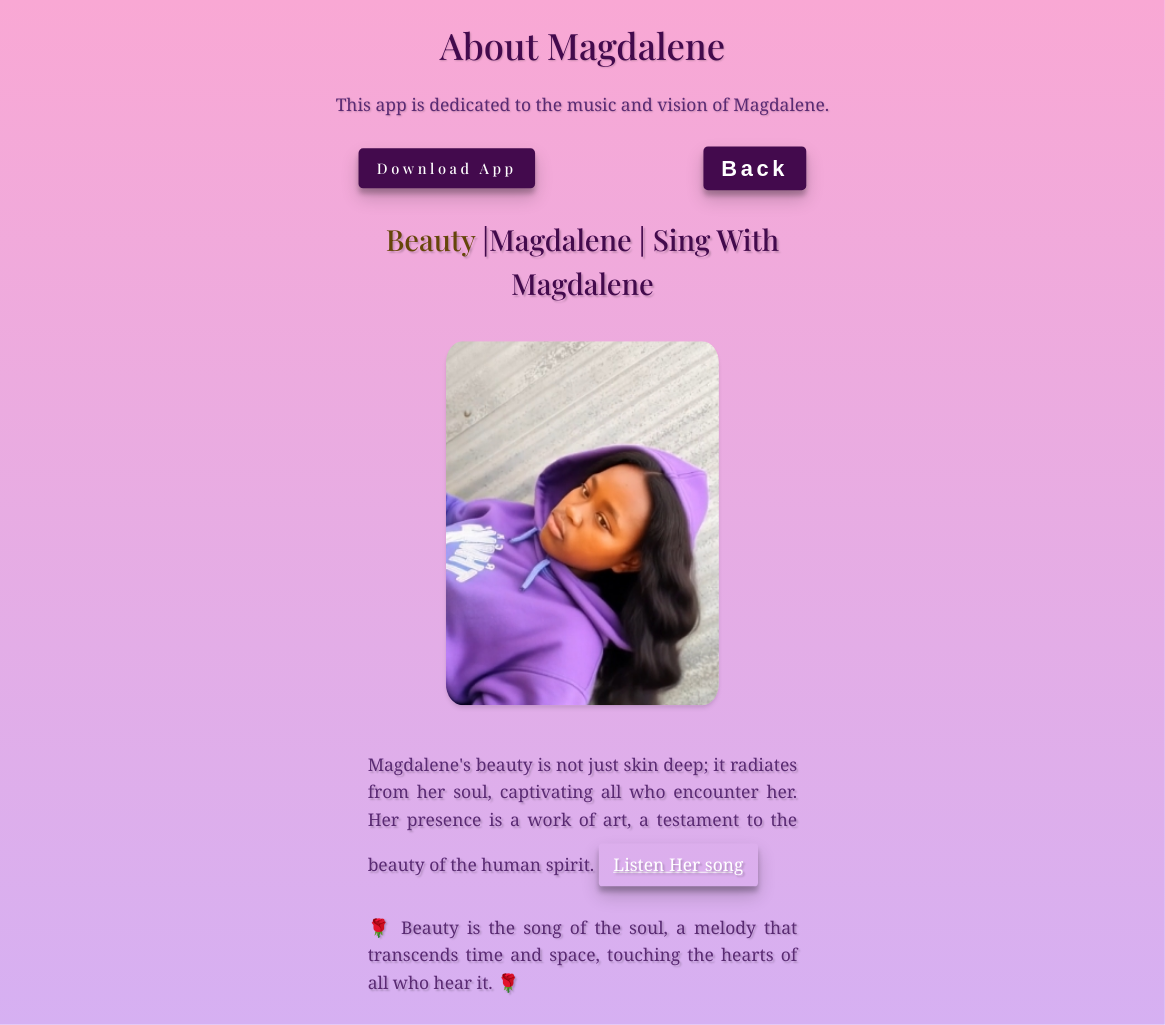
Repository: VladimirGagarin/Meg
Page: /#/about/aboutPerson/Beauty
The author's editor kept a copy of each file at every save. The page is drawn from the files as they stood at one save, then again after the next save.
The browser window is 1280 px wide. The pictures show the whole page, at 91% of full size.
The project was rebuilt for these pictures with package versions that can differ from the ones it lists, and the page was loaded fresh each time. Also part of the build but not shown: vite.config.js, src/App.jsx, src/components/SongCard.css, src/components/SongCard.jsx, src/pages/HomeScreen.css, src/pages/HomeScreen.jsx, src/components/Controls.jsx, src/pages/SongScreen.css and 7 more. Imported but missing from the stored project, and not drawn on this page: src/assets/audios/Ember2.mp3, src/assets/audios/Empress.mp3, src/assets/audios/Fiesta.mp3, src/assets/audios/Fight_song.mp3, src/assets/audios/Furaha_Yangu.mp3, src/assets/audios/IamMagdalene.mp3, src/assets/audios/The beginning.mp3, src/assets/audios/anthem.mp3 and 35 more.

Above is the page before, as saved 2025-07-23 16:11:18.

### index.html
<!doctype html>
<html lang="en">
  <head>
    <meta charset="UTF-8" />
    <link rel="icon" type="image/jpeg" href="/quuen.jpeg" />
    <meta name="viewport" content="width=device-width, initial-scale=1.0" />
    <link href="https://fonts.googleapis.com/css2?family=Playfair+Display:wght@500&display=swap" rel="stylesheet">
    <link rel="sitemap" type="application/xml" title="Sitemap" href="/sitemap.xml" />

<!-- Open Graph (Facebook, LinkedIn, etc.) -->
<meta property="og:title" content="Sing with Magdalene" />
<meta property="og:description" content="Sing With Magdalene - A magical, lyrical experience dedicated to Magdalene. Sing, dream, and believe again. She sings. We follow. We cherish. An epic song experience awaits you. starts with anthem: https://vladimirgagarin.github.io/Meg/#/song/anthem_song" />
<meta property="og:image" content="https://vladimirgagarin.github.io/projectMeg/quuen.jpeg" />
<meta property="og:url" content="https://vladimirgagarin.github.io/Meg/" />
<meta property="og:type" content="website" />

<!-- Twitter Card -->
<meta name="twitter:card" content="summary_large_image" />
<meta name="twitter:title" content="Sing with Magdalene" />
<meta name="twitter:description" content="Sing With Magdalene - A magical, lyrical experience dedicated to Magdalene. Sing, dream, and believe again. She sings. We follow. We cherish. An epic song experience awaits you. starts with anthem: https://vladimirgagarin.github.io/Meg/#/song/anthem_song" />
<meta name="twitter:image" content="https://vladimirgagarin.github.io/projectMeg/quuen.jpeg" />


    <title>Sing with Magdalene</title>
    <meta name="description" content="Sing With Magdalene - A magical, lyrical experience dedicated to Magdalene. Sing, dream, and believe again." />
    <meta name="keywords" content="Magdalene, Magdalena, Sing With Magdalena, Sing With Magdalene, SWM, Magdalene Songs, AI music, epic choir experience, lyrical site, poetic songs, spiritual music, cinematic music website, song lyrics site, singwithmagdalene.com, Suno songs, fairy music, Magdalene karaoke, TSFH-inspired music, cinematic pop, Hindi songs, Spanish songs, canciones espirituales, canciones de Magdalena, canciones de fe, canciones en español, भक्ति गीत, हिंदी गाने, Magdalene bhakti, soulful music, angelic vocals, magical ballads, vocal harmonies, female vocal songs, song subtitle site, multilingual music site, soundtrack-inspired songs, Ellie Goulding style, Disney ballads, orchestral AI music, fantasy music site, emotional songs, cinematic lyrics, spiritual anthems, swm, magic, Meg, meg, sing along">
    <meta name="google-site-verification" content="G38wkud9N8EYugqCTvPyHwDP0Vjh_ISp-EBNC8nk90U" />
    <meta name="msvalidate.01" content="771FC552FAC3CA83CF49F6EF57FD68BD" />

    <!-- Google tag (gtag.js) -->
    <script async src="https://www.googletagmanager.com/gtag/js?id=G-6Q2W67HD83"></script>
    <script>
      window.dataLayer = window.dataLayer || [];
      function gtag(){dataLayer.push(arguments);}
      gtag('js', new Date());

      gtag('config', 'G-6Q2W67HD83');
    </script>

  </head>
<script type="application/ld+json">
{
  "@context": "https://schema.org",
  "@type": "MusicRecording",
  "name": "Anthem Song",
  "url": "https://vladimirgagarin.github.io/Meg/#/song/anthem_song",
  "inAlbum": {
    "@type": "MusicAlbum",
    "name": "Sing with Magdalene"
  },
  "byArtist": {
    "@type": "MusicGroup",
    "name": "Magdalene Collective"
  },
  "description": "A cinematic anthem from 'Sing with Magdalene' – uplifting, emotional, and deeply moving.",
  "audio": {
    "@type": "AudioObject",
    "url": "https://vladimirgagarin.github.io/Meg/#/song/anthem_song",
    "encodingFormat": "audio/mpeg"
  },
  "potentialAction": {
    "@type": "ListenAction",
    "target": {
      "@type": "EntryPoint",
      "urlTemplate": "https://vladimirgagarin.github.io/Meg/#/song/anthem_song"
    }
  }
}
</script>


  <body>
    <div id="root"></div>
    <script type="module" src="/src/main.jsx"></script>
  </body>
</html>

### src/main.jsx
import { StrictMode } from "react";
import { createRoot } from "react-dom/client";
import "./index.css";
import App from "./App.jsx";
import HomeScreen from "./pages/HomeScreen.jsx";
import SongScreen from "./pages/SongScreen.jsx";
import QuoteScreen from "./pages/Quotes.jsx";
import OfflinePage from "./pages/Offline.jsx";
import Playlist from "./pages/Playlist.jsx";
import AboutScreen from "./pages/AboutScreen.jsx";
import AboutPerson from "./pages/AboutPerson.jsx";
import AboutPage from "./pages/AboutPage.jsx";
import { createHashRouter, RouterProvider } from "react-router-dom";

// ✅ Use createHashRouter (no more 404s on GitHub Pages)
const routes = createHashRouter([
  {
    path: "/",
    element: <App />, // Your main layout with <Outlet />
    children: [
      { index: true, element: <HomeScreen /> },
      { path: "song/:id", element: <SongScreen /> },
      { path: "magdalene_quotes", element: <QuoteScreen /> },
      { path: "offline", element: <OfflinePage /> },
      { path: "playlist/:songId", element: <Playlist /> },
      { path: "playlist", element: <Playlist /> },
      {path: "song/", element:<Playlist/>}
    ],
  },
  {
    path: "/about",
    element:<AboutScreen />, // Your About layout with <Outlet />
    children: [
      { index: true, element: <AboutPage /> },
      { path: "aboutPerson/:character", element: <AboutPerson /> },

    ]
  },
  {
    path: "*",
    element: <App />, // fallback route
  },
]);

createRoot(document.getElementById("root")).render(
  <StrictMode>
    <RouterProvider router={routes} />
  </StrictMode>
);

### src/index.css
:root {
  font-family: system-ui, Avenir, Helvetica, Arial, sans-serif;
  line-height: 1.5;
  font-weight: 400;

  font-synthesis: none;
  text-rendering: optimizeLegibility;
  -webkit-font-smoothing: antialiased;
  -moz-osx-font-smoothing: grayscale;
}

body {
  margin: 0;
  display: flex;
  place-items: center;
  min-height: 100vh;
  width: 100%;
  font-family: 'Playfair Display', serif;
  padding: 0;

}

### src/pages/AboutScreen.jsx
import React from "react";
import { Outlet, Link,  useNavigate, useLocation} from "react-router-dom";
import { useEffect, useState } from "react";
import './About.css';

export default function AboutScreen() {
    const navigate = useNavigate();
    const location = useLocation();
    const isInAboutPersonScreen = location.pathname.includes("aboutPerson");

    const [online, setOnline] = useState(navigator.onLine);

  useEffect(() => {
    const updateOnlineStatus = () => {
      const isOnline = navigator.onLine;
      setOnline(isOnline);
      if (!isOnline) navigate("/offline");
    };

    window.addEventListener("online", updateOnlineStatus);
    window.addEventListener("offline", updateOnlineStatus);

    // Initial check
    updateOnlineStatus();

    return () => {
      window.removeEventListener("online", updateOnlineStatus);
      window.removeEventListener("offline", updateOnlineStatus);
    };
  }, [navigate]);

  const handleBack = () => {
  if (location.key !== "default") {
    // There is navigable history
    navigate(-1);
  } else {
    // No React Router history, go to /about
    navigate("/about");
  }
};



  if (!online) {
    return (
      <div className="offline-message">
        <h2>You are offline.</h2>
        <p>Please reconnect to view About Magdalene.</p>
      </div>
    );
  }


  return (
    <div className="about-screen">
      <h1>About Magdalene</h1>
      <p>This app is dedicated to the music and vision of Magdalene.</p>
      <div className="links">
        <a
          href="https://github.com/VladimirGagarin/roses-of-rome/releases/download/v.1.0.1/application-490c4c6a-8b27-4c78-a6c7-884413dabbfb.apk"
          className="apk-download"
          download
          target="_blank"
          rel="noopener noreferrer"
        >
          Download App
        </a>

        {isInAboutPersonScreen ? (
                <button className="apk-download" onClick={handleBack}>  Back </button>
        ) : (
          <Link to="/" className="apk-download">
            Home
          </Link>
        )}
      </div>
      <Outlet />
    </div>
  );
}

### src/pages/AboutPerson.jsx
import { useParams , useNavigate} from "react-router-dom";
import { AboutInfoList } from "../components/SongDetails";

export default function AboutPerson() {
    const { character } = useParams(); // use correct param name
    const navigate = useNavigate();

  const personInfo = AboutInfoList.find(
    (info) => info.character === character // no need to parseInt
    );

    const navigations = (url) => {
    if (url) {
      navigate(url);
    } else {
      navigate("/about");
    }
  };

  return (
    <div className="about-person">
      <h1>
        <span className="about-character">{personInfo.character}</span>{" "}
        |Magdalene | Sing With Magdalene
      </h1>
      <img
        src={personInfo.photo}
        alt={personInfo.character}
        className="about-photo"
      />
      <div className="about-details">
        <p>
          {personInfo.aboutTrait}{" "}
          <span onClick={() => navigations(personInfo.preferedSongId)} className="listen-song-link">
            Listen Her song
          </span>
        </p>
        <p>
          {personInfo.icon} {personInfo.sentiment} {personInfo.icon}
        </p>
      </div>
    </div>
  );
}

### src/pages/Playlist.css
.playlist-container {
  padding: 20px;
  background: transparent;
  width: 40%;
}

.song-item {
   display: flex;
  align-items: center;
  padding:10px;
  border-radius:0;
  width: 95%;
  height: 10vh;
  gap:0;
  margin: 0;
  box-shadow: none;
  background-color:#f3a0cc82;
  border: 1px solid #000;
  position: relative;
}

.song-item.active {

  background-color:#7f3fa8cb;
  color:#fff0fa
}

 .song-item.active  .song-titles, .song-item.active .play-btn, .song-item.active .loop-btn{
    color:#fff0fa
  }
  .song-item.active .progress-bar, .song-item.active .progress {
   background-color:#fff0fa;
  }

.song-titles {
  flex: 1;
  font-size: 1.2rem;
  color: #330035;
}

button {
  background: none;
  border: none;
  font-size: 1.5rem;
  cursor: pointer;
}

.song-item.active button{
    color:#fff5f7
}


.song-item.active button.active{
    color:#FDD700;
}


.loop-on {
  color: #ff1493;
}

.progress-container {
  position: absolute;
  bottom: 5px;
  left: 0;
  right: 0;
  height: 10px;
  padding: 0;
  background: rgba(45, 10, 77, 0.1);
  border-radius: 0 0 10px 10px;
  overflow: hidden;
   display: flex;
  justify-content: flex-start;
  align-items:center;
}

.progress-bar {
  width: 100%;
  height: 100%;
  background: #984f9f;
  border-radius: 5px;
  margin-top: 5px;
  overflow: hidden;

}

.progress {
  height: 100%;
  background: #e60073;
  transition: width 0.2s ease;
}

/* Error overlay styles */
.error-overlay {
  position: fixed;
  top: 0;
  left: 0;
  right: 0;
  bottom: 0;
  background: rgba(0, 0, 0, 0.7);
  display: flex;
  justify-content: center;
  align-items: center;
  z-index: 1000;
}

.error-modal {
  background: #f3a0ccc6;
  padding: 25px;
  border-radius: 10px;
  max-width: 600px;
  width: 90%;
  position: relative;
  box-shadow: 0 4px 20px rgba(0, 0, 0, 0.2);
  color: #2d0a4d;
}

.close-error {
  position: absolute;
  top: 10px;
  right: 10px;
  background: transparent;
  border: none;
  color: #2d0a4d;
  cursor: pointer;
  font-size: 18px;
}

.error-actions {
  display: flex;
  justify-content: space-between;
  margin-top: 20px;
  gap: 10px;
}

.error-actions button {
  flex: 1;
  padding: 8px 12px;
  border: none;
  border-radius: 5px;
  background: #2d0a4d;
  color: white;
  cursor: pointer;
  transition: all 0.2s;
}

.error-actions button:hover {
  background: #3d0f63;
  transform: translateY(-1px);
}



.loop-button {
  transition: all 0.2s ease;
}

.loop-button.active {
  color: #FDD700; /* Your accent color */
}

.fancy-error {
   background: #f3a0ccc6;
  border-radius: 1rem;
  padding: 2rem;
  box-shadow: 0 0 20px rgba(0,0,0,0.1);
  font-family: 'Playfair Display', serif;
  text-align: center;
  animation: fadeInUp 0.5s ease-out;
}

.fancy-error h3 {
  font-size: 1.8rem;
  color: #c0392b;
}

.error-subtext {
  color: #3d0f63;
  font-style: italic;
  margin-bottom: 1rem;
}



.error-actions button:hover {
  background-color: #27ae60;
}

@keyframes fadeInUp {
  from {
    transform: translateY(40px);
    opacity: 0;
  }
  to {
    transform: translateY(0);
    opacity: 1;
  }
}


/* Responsive for 768px and up */
@media (max-width: 800px) {
  .playlist-container {
  padding: 10px;
  background: transparent;
  width: 100%;
}

.song-item {
  display: flex;
  align-items: center;
  padding:0;
  border-radius:0;
  width: 99%;
  min-height: 15vh;
  gap:0;
  margin: 0;
  box-shadow: none;
  background-color:#f3a0cc82;
  border: 1px solid #000;
  position: relative;
}

.song-item.active {

  background-color:#7f3fa8cb;
  color:#fff0fa
}

  .song-titles {
    font-size: 1.3rem;
  }

  .song-item.active  .song-titles, .song-item.active .play-btn, .song-item.active .loop-btn{
    color:#fff0fa
  }

  .play-btn,
  .loop-btn {
    font-size: 1.5rem;
     color:#fff0fa
  }

  .song-item.active .progress-bar, .song-item.active .progress {
   background-color:#fff0fa;
  }

  .progress-bar{
    margin-top: 30px;
    width: 95%;
  }
  .error-actions button {
  font-size: 1.3rem;
  padding: 8px;
  border: none;
  border-radius: 5px;
  background: #2d0a4d;
  color: white;
  cursor: pointer;
  transition: all 0.2s;
}
}

### src/pages/About.css
.about-screen {
  width: 100%;
  display: flex;
  flex-direction: column;
  align-items: center;
  padding: 0;
  background-color: transparent;
  min-height: 100vh;
}

.about-screen h1 {
  color: #430a4d;
  font-family: "Playfair Display", serif;
  font-size: 2.5rem;
  margin: 20px 0;
  text-align: center;
  text-shadow: 1px 1px 2px #00000030;
  font-weight: bold;
}

.about-screen p {
  color: #5a2a73;
  font-family: "Georgia", serif;
  font-size: 1.2rem;
  line-height: 1.6;
  max-width: 800px;
  text-align: center;
  margin: 0 auto 20px auto;
  padding: 0 20px;
  text-shadow: 1px 1px 2px #00000030;
}

.apk-download {
  display: block;
  margin: 10px;
  padding: 10px 20px;
  background-color: #430a4d;
  color: #ffffff;
  text-decoration: none;
  font-weight: bold;
  letter-spacing: 4px;
  border-radius: 5px;
  box-shadow: rgba(0, 0, 0, 0.19) 0px 10px 20px, rgba(0, 0, 0, 0.23) 0px 6px 6px;
  transition: background-color 0.3s ease;
}

.apk-download:hover {
  text-decoration: underline;
}

.about-page {
  width: 100%;
  display: grid;
  grid-template-columns: repeat(auto-fit, minmax(300px, 1fr));
  gap: 10px;
  padding: 20px 10px;
  background-color: transparent;
  min-height: 100vh;
  align-items: start;
  justify-items: center;
}

.about-link {
  flex: 1;
  text-decoration: none;
  color: inherit;
  display: flex;
  flex-direction: column;
  align-items: center;
  justify-content: center;
  transition: transform 0.2s ease;
  color: #5a2a73;
  font-weight: bold;
  font-family: "Georgia", serif;
  text-align: center;
  font-size: 1.2rem;
}

.about-card {
  background-color: #fefefe5b;
  border: 1px solid #ddd;
  border-radius: 10px;
  padding: 0;
  text-align: center;
  box-shadow: rgba(0, 0, 0, 0.1) 0px 4px 6px -1px,
    rgba(0, 0, 0, 0.06) 0px 2px 4px -1px;
  transition: transform 0.2s ease;
  position: relative;
}

.about-card img {
  width: 100%;
  height: 100%;
  object-fit: cover;
}

.about-card .about-icon {
  width: 75px;
  height: 75px;
  position: absolute;
  top: 10px;
  left: 10px;
  z-index: 1;
  border-radius: 50%;
  display: flex;
  align-items: center;
  justify-content: center;

  background-color: transparent;
  box-shadow: rgba(67, 66, 66, 0.1) 0px 4px 6px -1px,
    rgba(0, 0, 0, 0.06) 0px 2px 4px -1px;
}

.about-card h3 {
    position: absolute;
    bottom: 10px;
    left: 10px;
    z-index: 1;
    color: #430a4d;
    text-shadow: 5px 1px 2px #00000030;

}

.about-card:hover {
  opacity: 0.9;
}

/*About person page*/

.about-person {
  width: 40%;
  display: flex;
  flex-direction: column;
  align-items: center;
  justify-content: flex-start;
  padding: 0;
  background-color: transparent;
  min-height: 100vh;
}

.about-person h1 {
  color: #430a4d;
  font-family: "Playfair Display", serif;
  font-size: 2rem;
  margin: 20px 0;
  text-align: center;
  text-shadow: 2px 2px 2px #00000030;
  font-weight: bold;
}
.about-person p {
  color: #5a2a73;
  font-family: "Georgia", serif;
  font-size: 1.2rem;
  line-height: 1.6;
  max-width: 800px;
  text-align: center;
  margin: 0 auto 20px auto;
  padding: 0 20px;
  text-shadow: 2px 2px 2px #00000030; /*subtle shadow*/
}

.about-character {
  color: rgb(101, 69, 9);
}

.about-photo{
    width: 300px;
    height: 400px;
    border-radius: 6%;
    box-shadow: rgba(0, 0, 0, 0.1) 0px 4px 6px -1px,
    rgba(0, 0, 0, 0.06) 0px 2px 4px -1px;
    margin: 20px 0;
    object-fit: cover;
    image-rendering: auto;
    transition: transform 0.2s ease;
}

.about-details {
  width: 100%;
  display: flex;
  flex-direction: column;
  align-items: center;
  justify-content: center;
  padding: 20px;
  background-color: transparent;
}
.about-details p{
    text-align: justify;
    margin: 10px 0;
}

.listen-song-link{
    display: inline-flex;
    align-items: center;
    gap: 8px;
    padding: 8px 16px;
    border-radius: 4px;
    color: #05377d;
    color: #fff;
    text-decoration: underline;
    font-weight: 500;
    transition: all 0.2s ease;
    margin: 10px 0;
    box-shadow: rgba(0, 0, 0, 0.19) 0px 10px 20px, rgba(0, 0, 0, 0.23) 0px 6px 6px;
}

@media (max-width: 800px) {
    .about-screen{
    width: 98%;
    }
  .about-page {
    grid-template-columns: 1fr;
    width: 100%;
    padding: 10px ;
  }
  .about-person {
    width: 100%;
  }
  .about-screen h1 {
    font-size: 1.4rem;
  }
  .about-screen p {
    font-size: 1rem;
  }
}

Loaded but not shown: src/components/SongData.js (library); src/components/SongDetails.js (572 lines, source omitted); src/App.css (248 lines, source omitted)

After the next save:
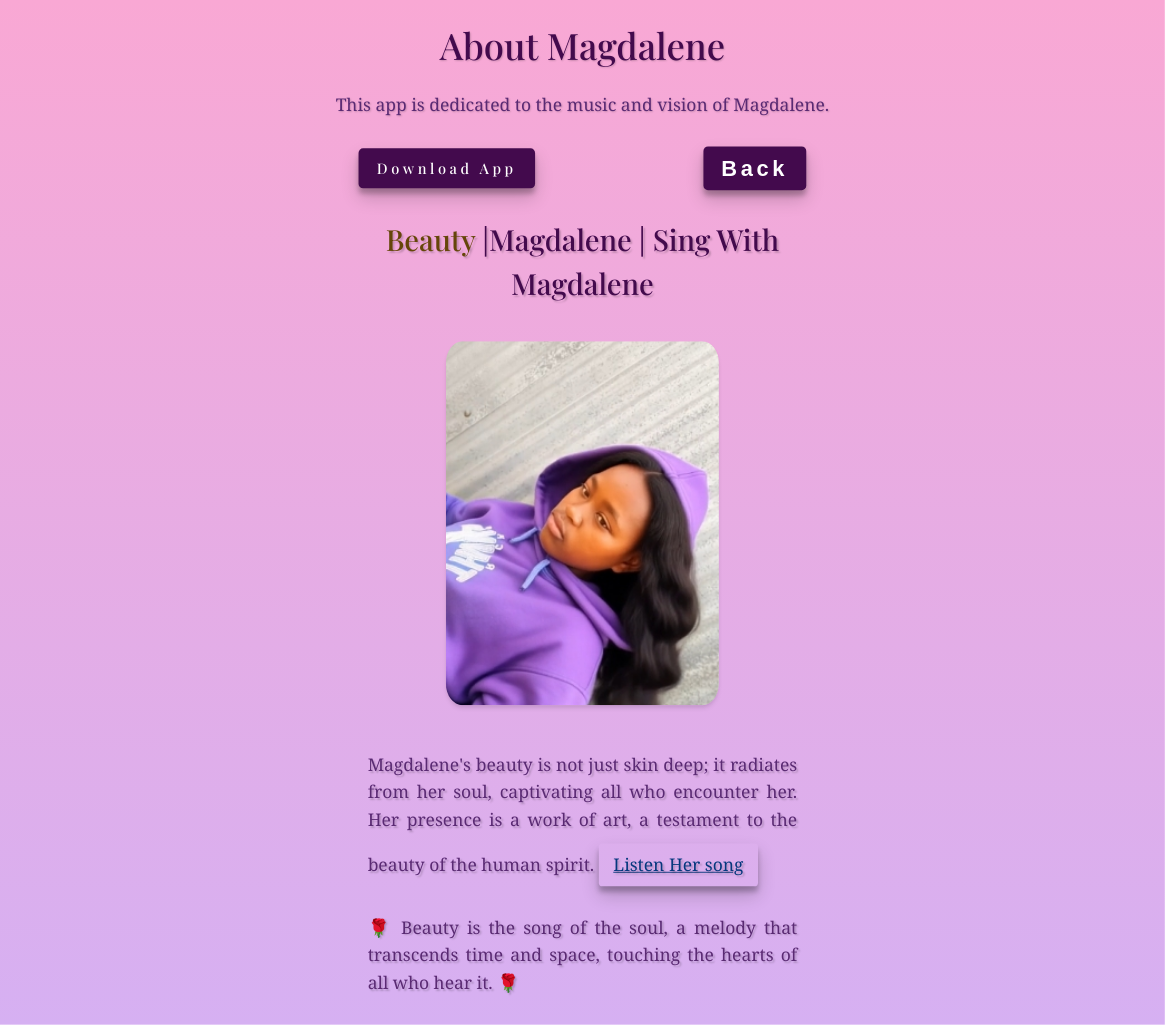
Saved 4 s later.
--- a/src/pages/About.css
+++ b/src/pages/About.css
@@ -196,7 +196,6 @@
     padding: 8px 16px;
     border-radius: 4px;
     color: #05377d;
-    color: #fff;
     text-decoration: underline;
     font-weight: 500;
     transition: all 0.2s ease;
